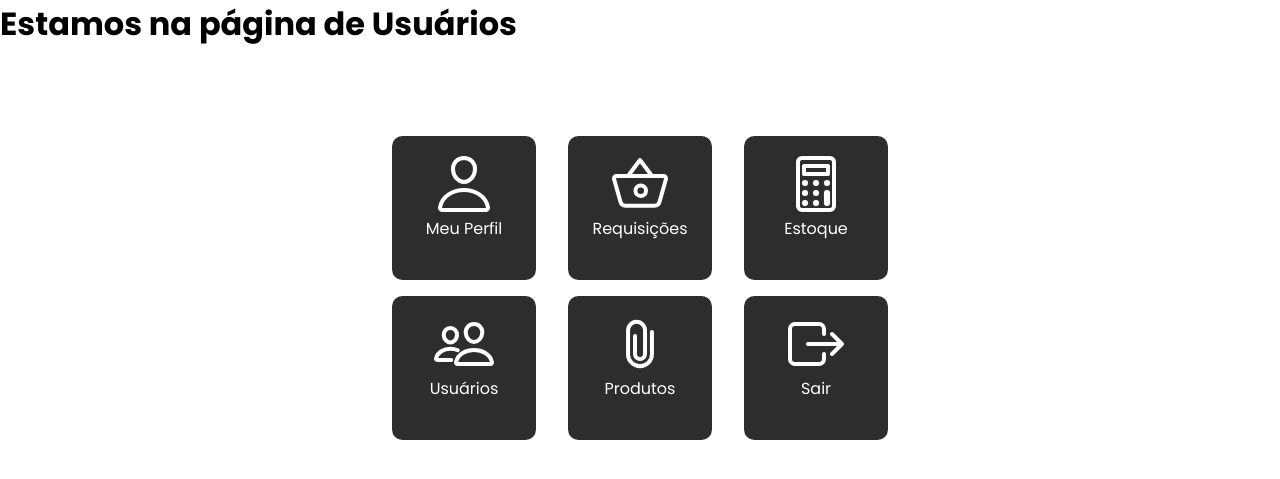
Repository: BeatrizFloriano96/myPagesSpeedLog
Page: html/usuarios.html
An editor plug-in stored every save of this project. The page is shown before and after the next save, followed by the edit.
The browser window is 1280 px wide. The pictures show the whole page.

Above is the page before, as saved 2022-01-29 12:43:52.

After the next save:
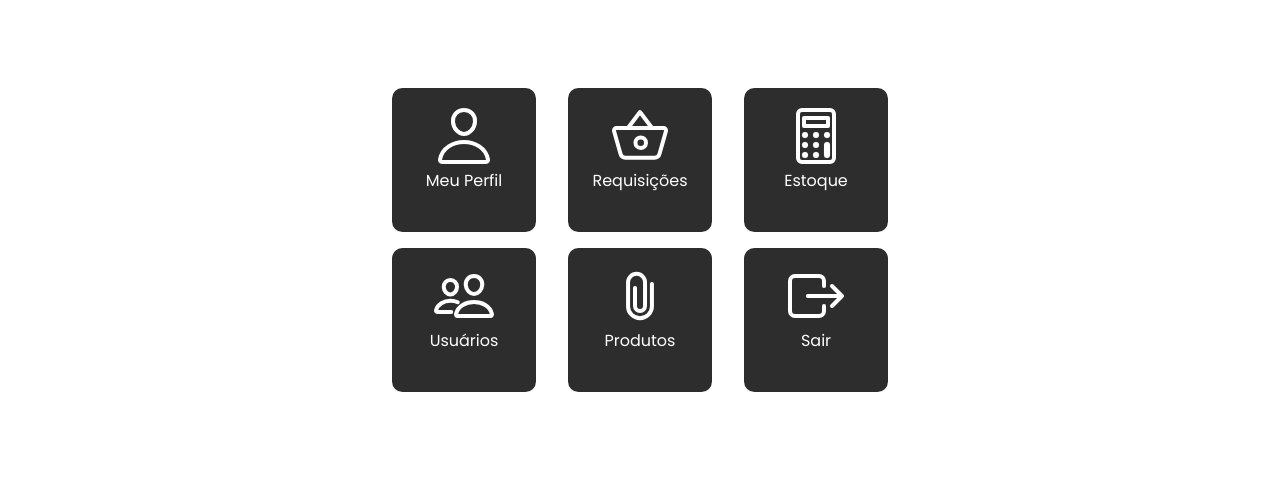
Saved 82 s later.
--- a/html/usuarios.html
+++ b/html/usuarios.html
@@ -1,7 +1,6 @@
 <link rel="stylesheet" href="../css/usuarios.css">
 
 <body>
-    <h1>Estamos na página de Usuários</h1>
 
     <section>
         <!--início ícones principais-->
